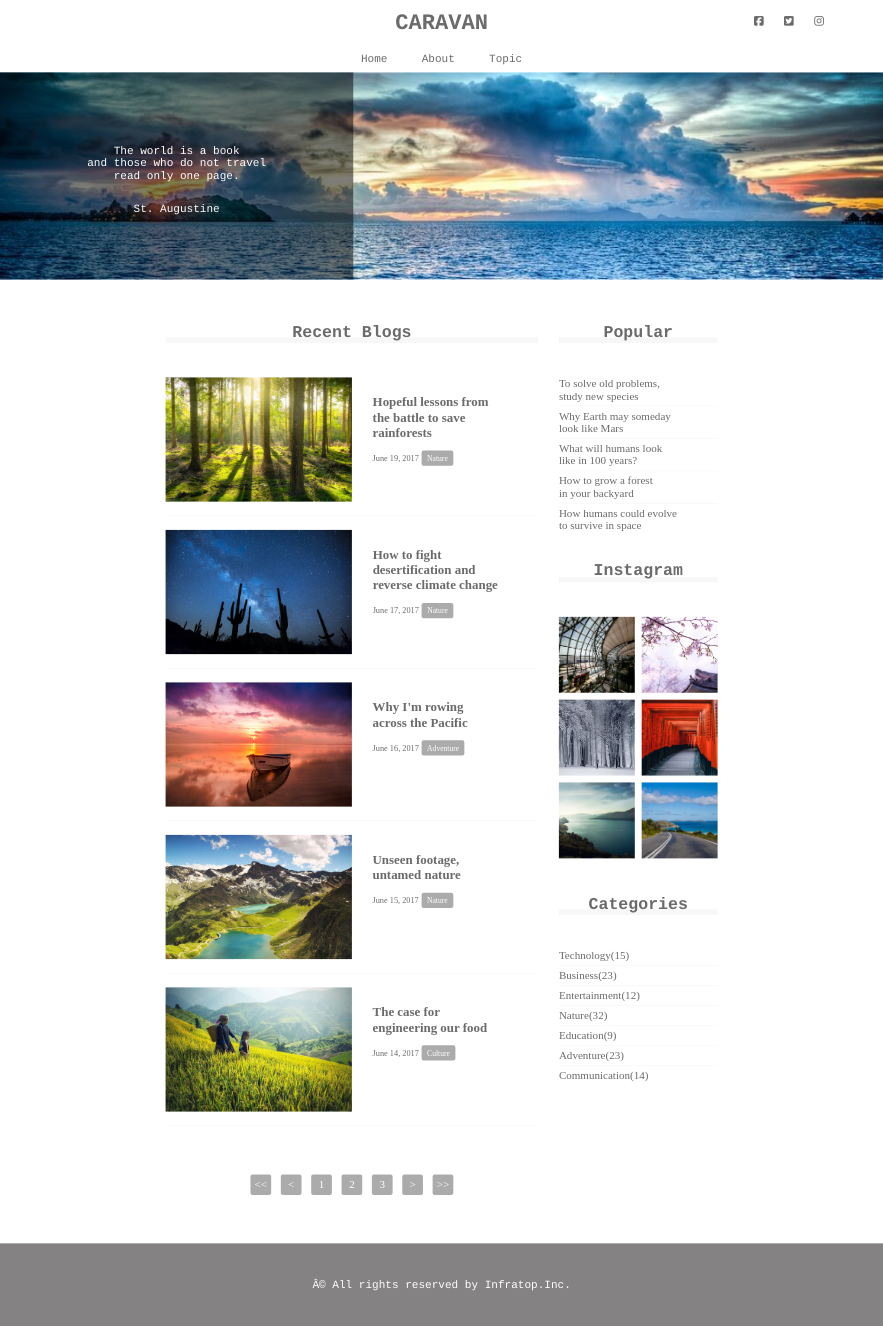
Repository: nashiworio1011/git-kadi1
Page: caravan/index.html
The author's editor kept a record of every edit. The page is drawn from the files as they stood at one moment, then again after the next edit.
The browser window is 1280 px wide. The pictures show the whole page, at 69% of full size.
Some web libraries are served in a nearby version.

Above is the page before.

After the next edit:
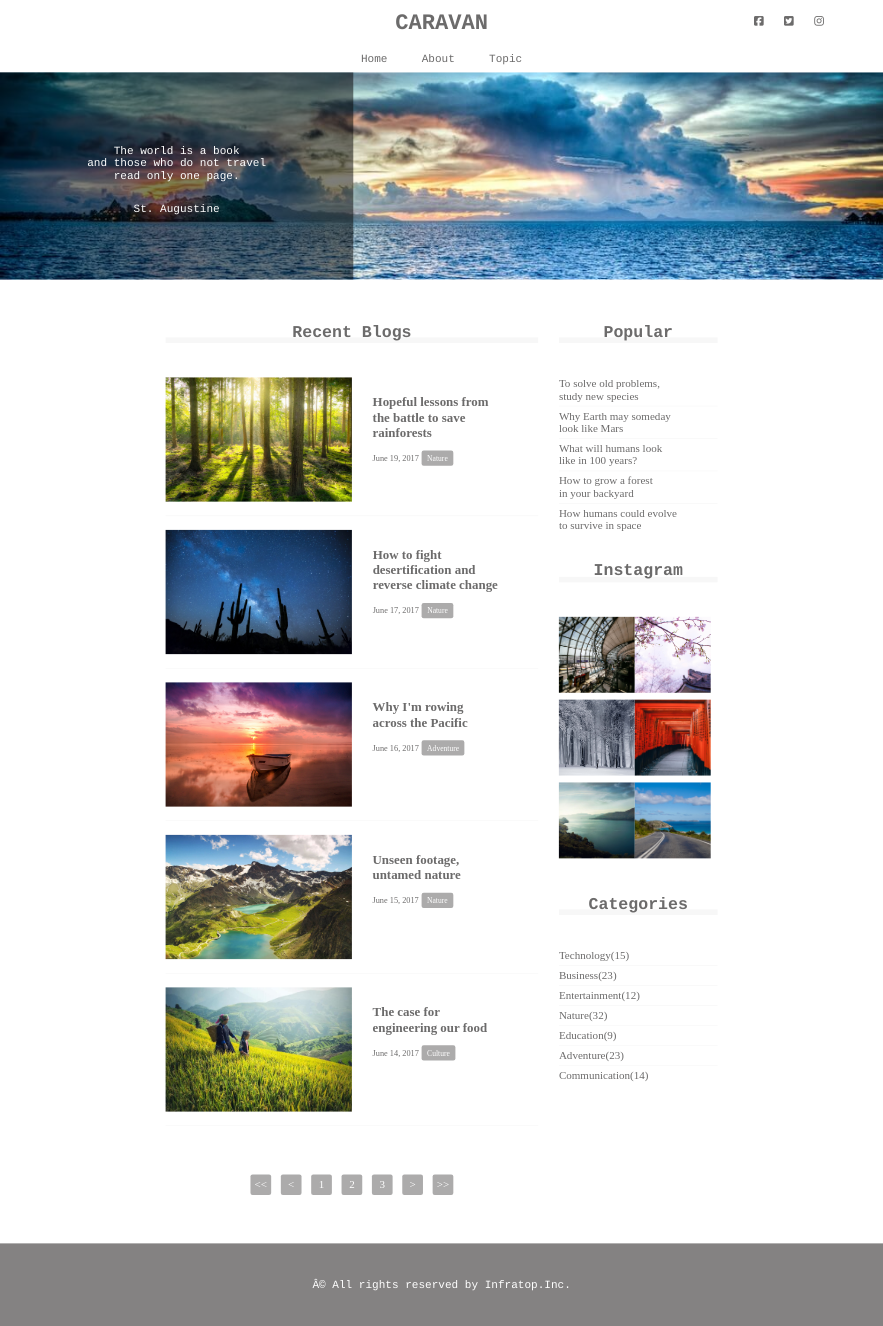
The edit:
--- a/caravan/style.css
+++ b/caravan/style.css
@@ -188,7 +188,7 @@
 }
 
 .instagram-box:nth-child(odd) {
-  margin: 0 10px 10px 0;
+  margin-right: : 10px;
 }
 
 .instagram-box:nth-child(1) {
